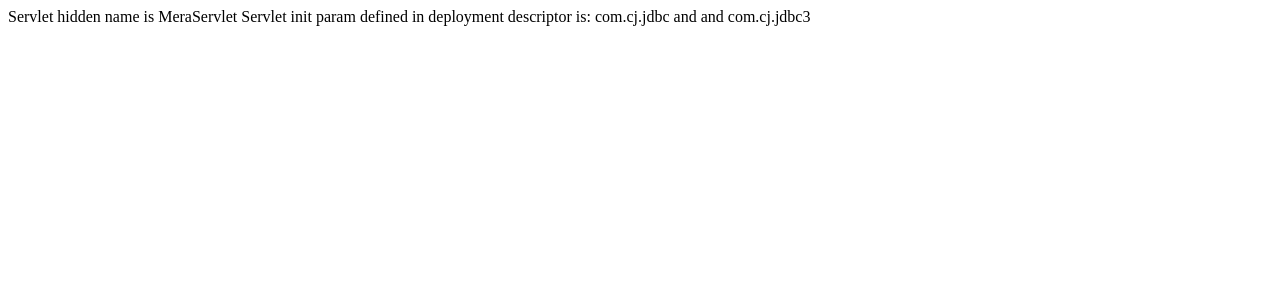
Repository: kamalsingh7290/ServletANDjsp
Page: http://localhost/JSP_Config/kamal
An editor plug-in stored every save of this project. The page is shown before and after the next save, followed by the edit.
The browser window is 1280 px wide. The pictures show the whole page.
The page is served by Tomcat 9.

Above is the page before, as saved 2022-01-28 10:55:35.

After the next save:
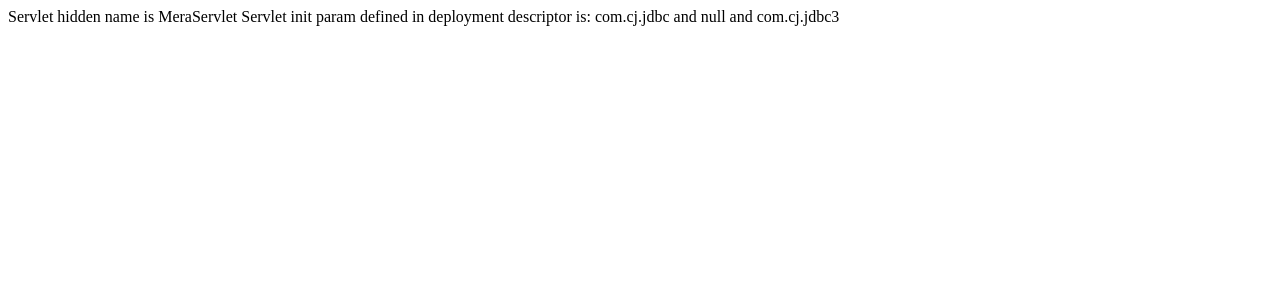
Saved 14 s later.
--- a/JSP_Config/src/main/webapp/Index.jsp
+++ b/JSP_Config/src/main/webapp/Index.jsp
@@ -9,6 +9,6 @@
 <body>
 Servlet hidden name is <%=config.getServletName() %>
 Servlet init param defined in deployment descriptor is: <%=config.getInitParameter("Drivername") %>
-and <%config.getInitParameter("Drivername2"); %> and <%=config.getInitParameter("Drivername3") %>
+and <%=config.getInitParameter("Drivername2") %> and <%=config.getInitParameter("Drivername3") %>
 </body>
 </html>
